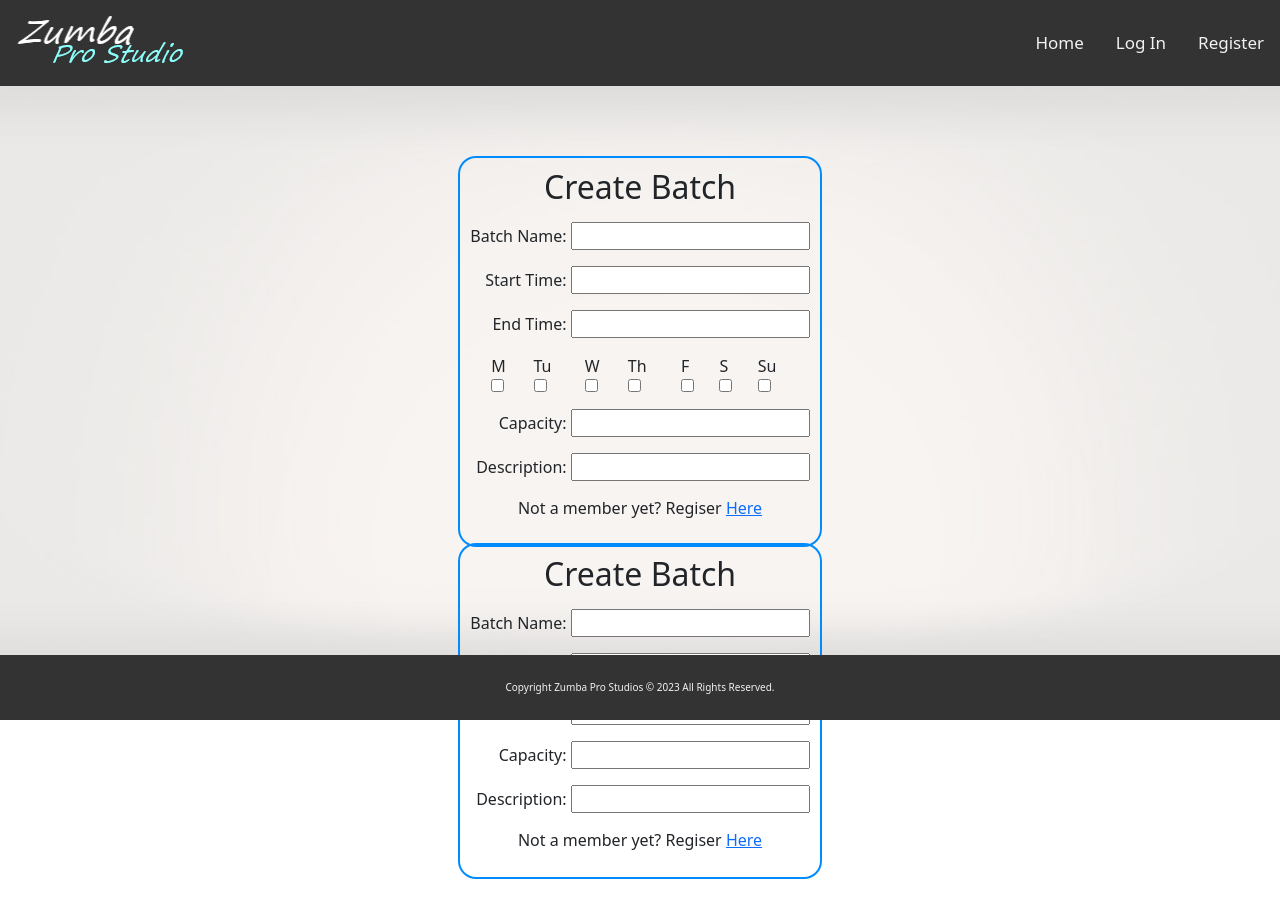
Repository: basemsamuel/Zumba
Page: http://localhost/ZumbaProStudio/adminusers.jsp
The author's editor kept a copy of each file at every save. The page is drawn from the files as they stood at one save, then again after the next save.
The browser window is 1280 px wide. The pictures show the whole page.
The page is served by Tomcat 10. Other server files are loaded and not shown.

Above is the page before, as saved 2023-07-30 21:26:19.

### ZumbaProStudio/src/main/webapp/adminusers.jsp
<jsp:include page="header.jsp"></jsp:include>
<div class="mycontainer">
	<div align="center">
	<br>
	<br>
	<br>
		<table class="formtable">
			<tr>
				<td style="padding: 10px;">
					<div class='center'>
						<form style="width: 100%;" action="Login" method = "POST">
						    <h2>Create Batch</h2>
						    <div>
						        <p>
							        <div class='right'>
							            <label for="name">Batch Name:</label>
							            <input type="text" id="name" name="name">
							        </div>
						        </p>
						    </div>

						    <div>
						        <p>
							        <div class='right'>
							            <label for="stime">Start Time:</label>
							            <input type="text" id="stime" name="stime">
							        </div>
						        </p>
						    </div>


						    <div>
						        <p>
							        <div class='right'>
							            <label for="etime">End Time:</label>
							            <input type="text" id="etime" name="etime">
							        </div>
						        </p>
						    </div>

						    <div>
						        <p>
							        <div style="padding-left:20px;">
							        	<Table width="100%">
							        		<tr>
							        			<td>M</td>
							        			<td>Tu</td>
							        			<td>W</td>
							        			<td>Th</td>
							        			<td>F</td>
							        			<td>S</td>
							        			<td>Su</td>
							        		</tr>
							        		<tr>
							        			<td>
										            <input type="checkbox" id="M" name="M" value="M">
							        			</td>
							        			<td>
										            <input type="checkbox" id="Tu" name="Tt" value="Tu">
							        			</td>
							        			<td>
										            <input type="checkbox" id="W" name="W" value="W">
							        			</td>
							        			<td>
										            <input type="checkbox" id="Th" name="Th" value="Th">
							        			</td>
							        			<td>
										            <input type="checkbox" id="F" name="F" value="F">
							        			</td>
							        			<td>
										            <input type="checkbox" id="S" name="S" value="S">
							        			</td>
							        			<td>
										            <input type="checkbox" id="Su" name="Su" value="Su">
							        			</td>
							        		</tr>
							        	</Table>

							        </div>
						        </p>
						    </div>

						    <div>
						        <p>
							        <div class='right'>
							            <label for="capacity">Capacity:</label>
							            <input type="number" id="capacity" name="capacity">
							        </div>
						        </p>
						    </div>

						    <div>
						        <p>
							        <div class='right'>
							            <label for="description">Description:</label>
							            <input type="number" id="description" name="description">
							        </div>
						        </p>
						    </div>


						    <div>
						    	<p>
						    		Not a member yet? Regiser <a href="register.jsp">Here</a>
						    	</p>
						    </div>
						</form>
					</div>

				</td>
			</tr>
		</table>

		<table class="formtable">
			<tr>
				<td style="padding: 10px;">
					<div class='center'>
						<form style="width: 100%;" action="Login" method = "POST">
						    <h2>Create Batch</h2>
						    <div>
						        <p>
							        <div class='right'>
							            <label for="name">Batch Name:</label>
							            <input type="text" id="name" name="name">
							        </div>
						        </p>
						    </div>

						    <div>
						        <p>
							        <div class='right'>
							            <label for="stime">Start Time:</label>
							            <input type="text" id="stime" name="stime">
							        </div>
						        </p>
						    </div>


						    <div>
						        <p>
							        <div class='right'>
							            <label for="etime">End Time:</label>
							            <input type="text" id="etime" name="etime">
							        </div>
						        </p>
						    </div>

						    <div>
						        <p>
							        <div class='right'>
							            <label for="capacity">Capacity:</label>
							            <input type="number" id="capacity" name="capacity">
							        </div>
						        </p>
						    </div>

						    <div>
						        <p>
							        <div class='right'>
							            <label for="description">Description:</label>
							            <input type="number" id="description" name="description">
							        </div>
						        </p>
						    </div>


						    <div>
						    	<p>
						    		Not a member yet? Regiser <a href="register.jsp">Here</a>
						    	</p>
						    </div>
						</form>
					</div>

				</td>
			</tr>
		</table>
		<br>
		<div class="emsg">
			<p>
				${errorMessage}
			</p>
		</div>
	</div>
</div>

<jsp:include page="footer.jsp"></jsp:include>

### ZumbaProStudio/src/main/webapp/header.jsp
<html lang="en">

<head>
    <meta charset="UTF-8">
    <meta http-equiv="X-UA-Compatible" content="IE=edge">
    <meta name="viewport" content="width=device-width, initial-scale=1.0">
    <title>Document</title>
    <link href="https://cdn.jsdelivr.net/npm/bootstrap@5.1.3/dist/css/bootstrap.min.css" rel="stylesheet" integrity="sha384-1BmE4kWBq78iYhFldvKuhfTAU6auU8tT94WrHftjDbrCEXSU1oBoqyl2QvZ6jIW3" crossorigin="anonymous">
    <link rel="stylesheet" type="text/css" href="css/styles.css" />
</head>

<body>
	 <div class="topnav">
		<img src="images/logo.png" alt="Zumba Pro Studio">
		<!-- <a class="active" href="#home">Home</a> -->
		<a href="register.jsp">Register</a>
		<a href="login.jsp">Log In</a>
		<a href="index.jsp">Home</a>
	</div>

### ZumbaProStudio/src/main/webapp/footer.jsp
<footer>
	Copyright Zumba Pro Studios © 2023 All Rights Reserved.
</footer>
</body>
</html>

### ZumbaProStudio/src/main/webapp/css/styles.css
		.topnav {
			 background-color: #333;
			 overflow: hidden;
				}

		/* Style the links inside the navigation bar */
		.topnav a {
			 float: right;
			 color: #f2f2f2;
			 text-align: center;
			 padding: 30px 16px;
			 text-decoration: none;
			 font-size: 17px;
		}

		.topnav img {
			 float: left;
			 color: #f2f2f2;
			 text-align: center;
			 padding: 14px 16px;
			 text-decoration: none;
			 font-size: 17px;
			 height: 80px;
		}

		/* Change the color of links on hover */
		.topnav a:hover {
			 background-color: #ddd;
			 color: black;
		}

		/* Add a color to the active/current link */
		.topnav a.active {
			 background-color: #04AA6D;
			 color: white;
		}

		footer {
		    background-color: #333;
		    color: #f2f2f2;
		    grid-area: footer;
		    width: 100%;
		    position: absolute;
  			bottom: 0;
  			padding: 25px;
  			text-align: center;
  			font-size: 10px;
		}

		.centerimage {
			height: 100%;
			width: auto;
			display: block;
			margin-left: auto;
			margin-right: auto;

		}

		.center {
			text-align: center;
		}
		.right {
			text-align: right;
		}

		.formtable {
			border-collapse: collapse;
			border-radius: 16px;
			box-shadow: 0 0 0 2px rgb(0, 140, 255);
		}

		.mycontainer {
			height: calc(100% - 150px);
			width: 100%;
			background-image: url('../images/bg.jpg');
			background-color: #333; /* Used if the image is unavailable */
			background-position: center; /* Center the image */
			background-repeat: no-repeat; /* Do not repeat the image */
			background-size: cover; /* Resize the background image to cover the entire container */
		}

		.emsg {
			font-size: 13px;
			color: #FF0000;
		}

After the next save:
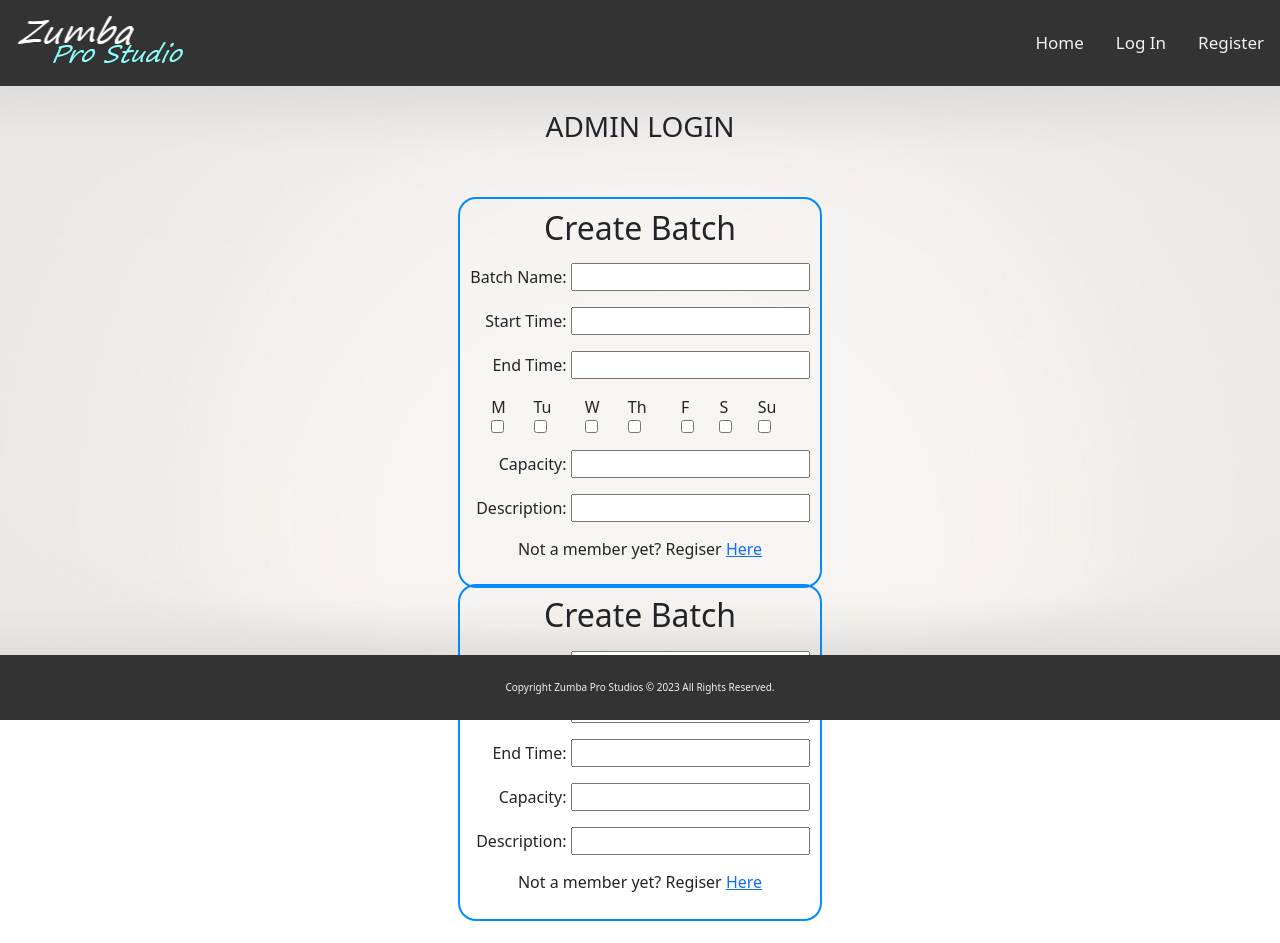
Saved 54 s later.
--- a/ZumbaProStudio/src/main/webapp/adminusers.jsp
+++ b/ZumbaProStudio/src/main/webapp/adminusers.jsp
@@ -2,6 +2,7 @@
 <div class="mycontainer">
 	<div align="center">
 	<br>
+	<h3>ADMIN LOGIN</h3>
 	<br>
 	<br>
 		<table class="formtable">
